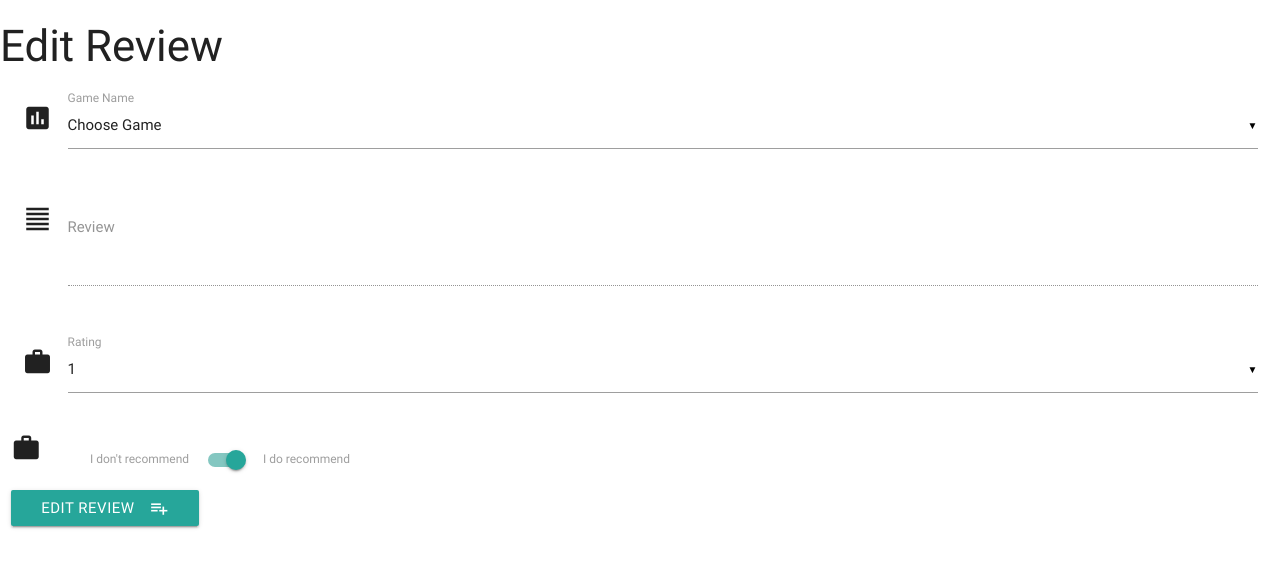
Repository: arcorco/dcd-milestone
Page: templates/editreview.html
The author's editor kept a record of every edit. The page is drawn from the files as they stood at one moment, then again after the next edit.
The browser window is 1280 px wide. The pictures show the whole page.
Some web libraries are served in a nearby version. The page is served by the project's application, run on Flask 3 (app.py). The template is opened directly, without the code that normally fills it, so the values that code supplies are empty.

Above is the page before.

After the next edit:
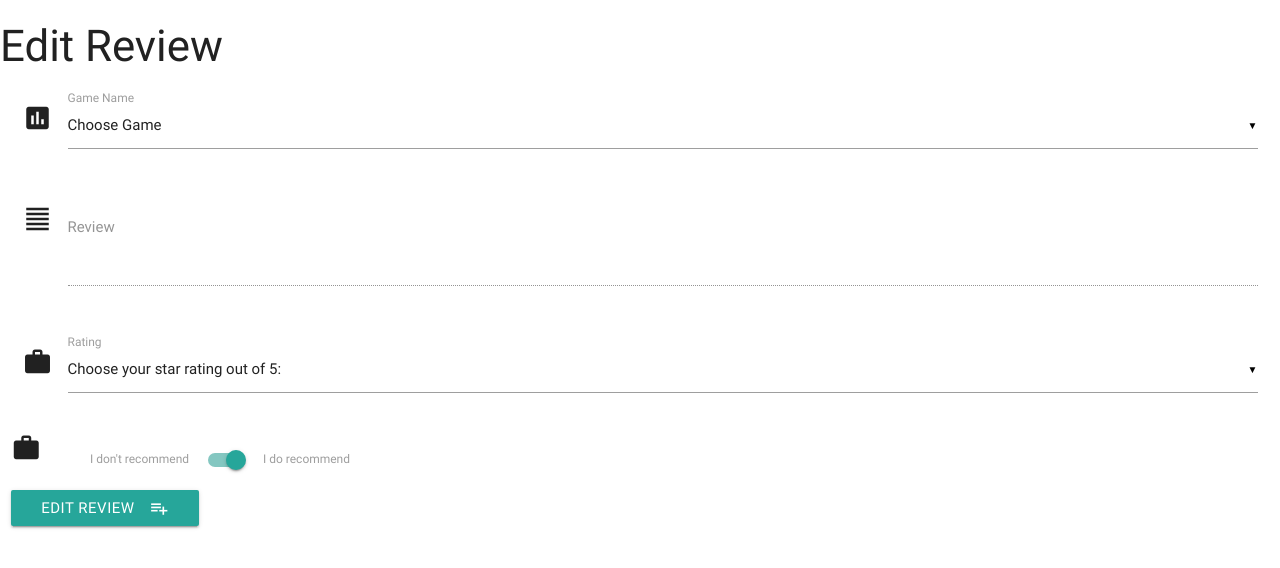
The edit:
--- a/templates/editreview.html
+++ b/templates/editreview.html
@@ -30,7 +30,7 @@
             <div class="input-field col s12">
                 <i class="material-icons prefix">work</i>
                 <select id="rating" name="rating">
-      <option value="" disabled>Choose your star rating out of 5:</option>
+      <option value="" disabled selected>Choose your star rating out of 5:</option>
       {% for i in range(1, 6) %}
       {% if i|string == review.rating %}
           <option value="{{ i }}" selected >{{ i }}</option>
